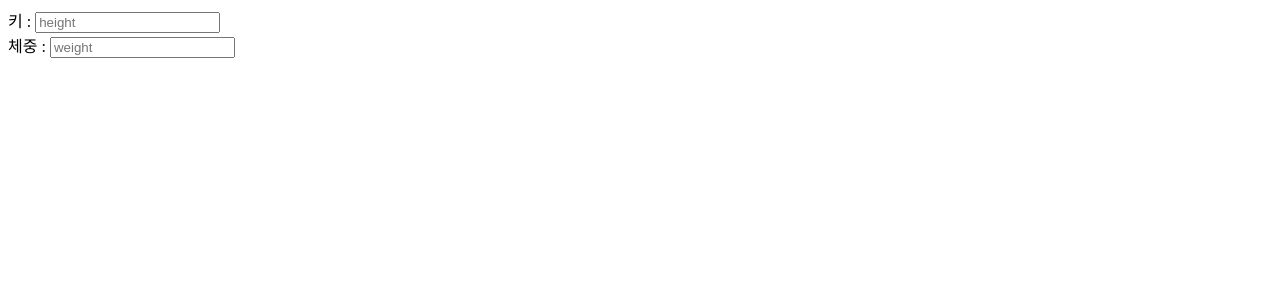
Repository: lee-ruru/jsp_practice
Page: http://localhost/JSPBasic/JspObject/1.requests/req_bmi.jsp
The author's editor kept a copy of each file at every save. The page is drawn from the files as they stood at one save, then again after the next save.
The browser window is 1280 px wide. The pictures show the whole page.
The page is served by Tomcat 9.

Above is the page before, as saved 2022-02-04 00:29:31.

After the next save:
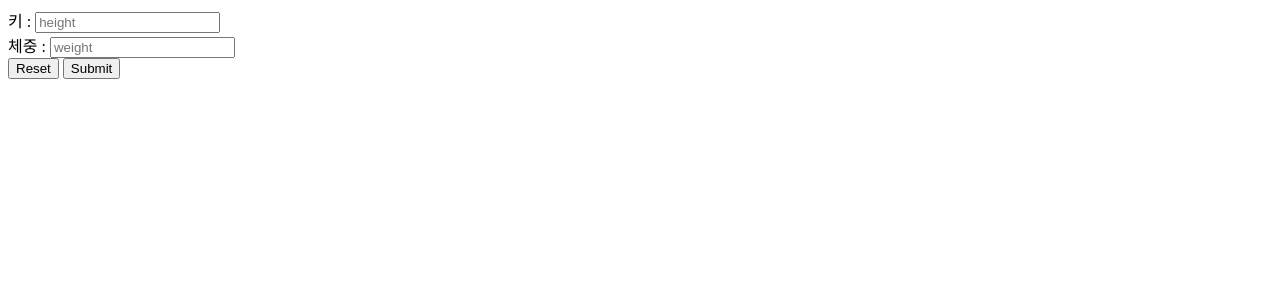
Saved 31 s later.
--- a/JSPBasic/src/main/webapp/JspObject/1.requests/req_bmi.jsp
+++ b/JSPBasic/src/main/webapp/JspObject/1.requests/req_bmi.jsp
@@ -23,6 +23,8 @@
 		체중 :
 		<input type="text" name="weight" placeholder="weight" /><br/>
 
+		<input type="reset" />
+		<input type="submit" />
 
 
 	</form>
